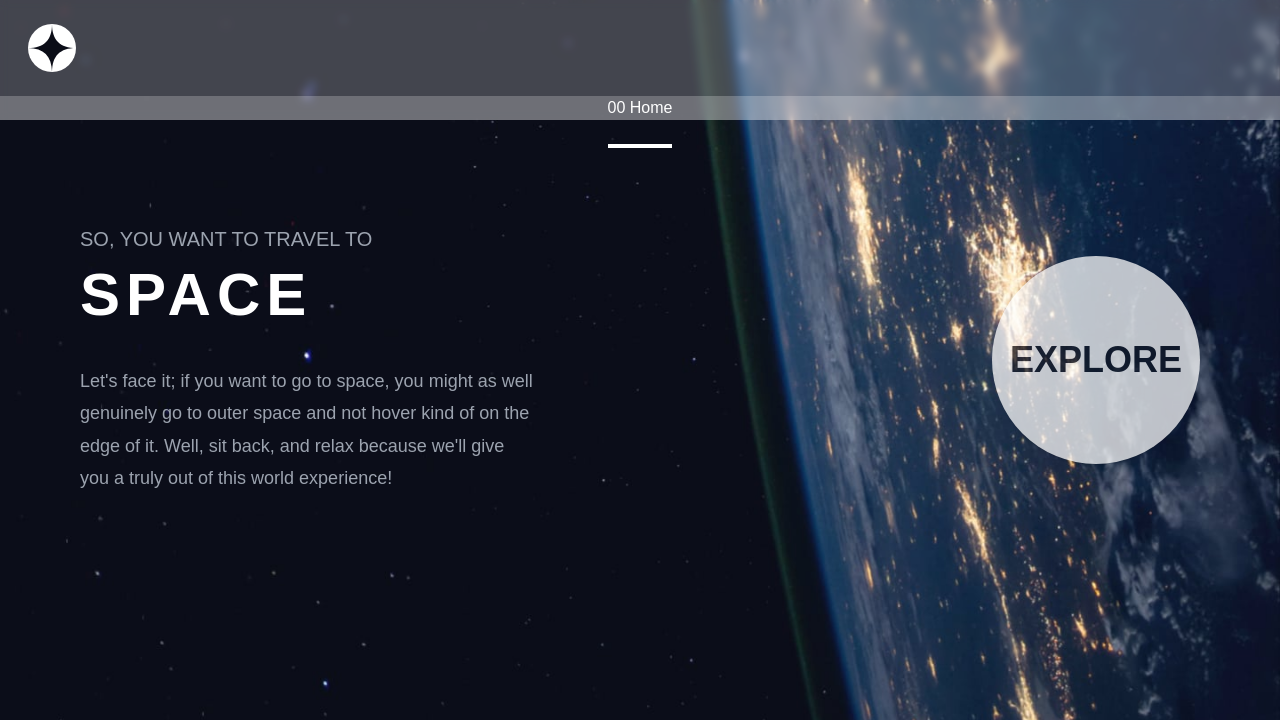
Repository: OmniaRafat232111121/Space-Toursim
Page: /
An editor plug-in stored every save of this project. The page is shown before and after the next save, followed by the edit.
The browser window is 1280 px wide. The pictures show the whole page.
Some web fonts or font styles are not loaded; a fallback is used. The project was rebuilt for these pictures with package versions that can differ from the ones it lists, and the page was loaded fresh each time. Also part of the build but not shown: src/components/Destination.js, src/components/Crew.js, src/components/Technology.js, src/components/Error.js.

Above is the page before, as saved 2022-08-09 15:26:12.

After the next save:
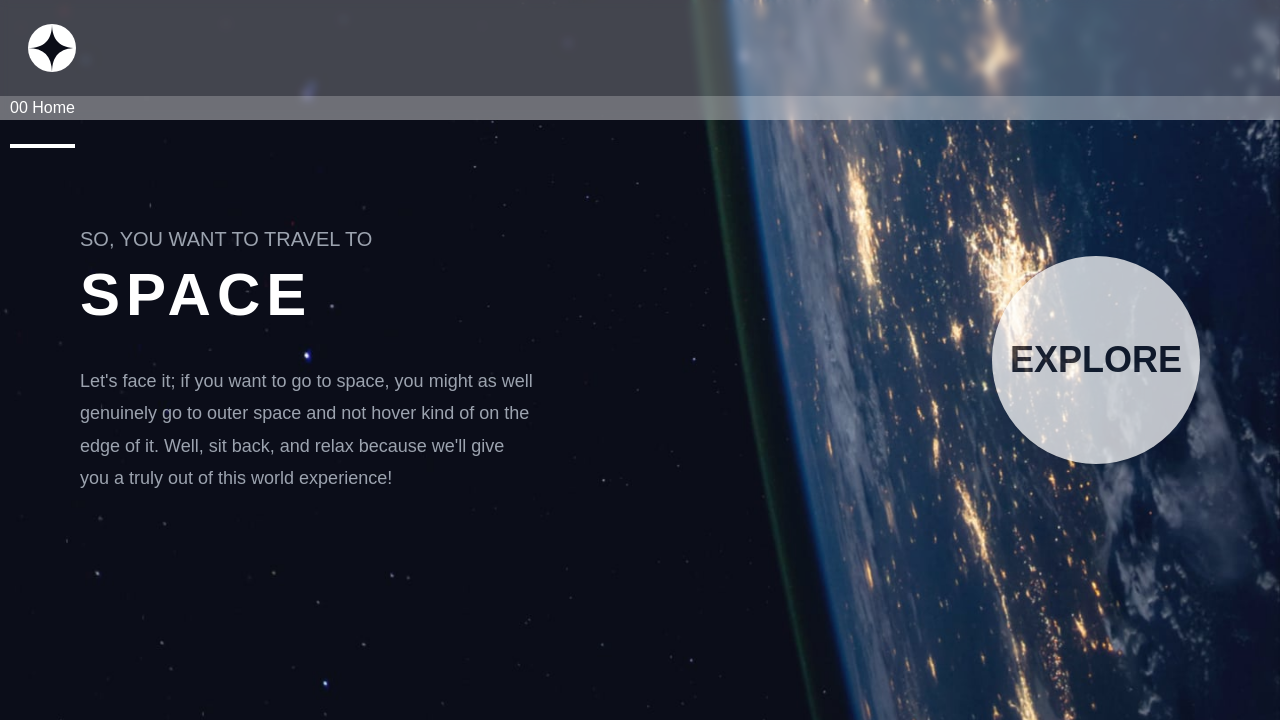
Saved 4 s later.
--- a/src/index.css
+++ b/src/index.css
@@ -52,7 +52,7 @@ p {
   display: block;
 }
 
-.header nav ul {
+/* .header nav ul {
   display: flex;
   flex-direction: column;
   align-items: center;
@@ -66,7 +66,7 @@ p {
   top: 100px;
   transform: translateX(-50%);
   z-index: 999;
-}
+} */
 
 .header nav ul li {
   margin: 10px 0;
